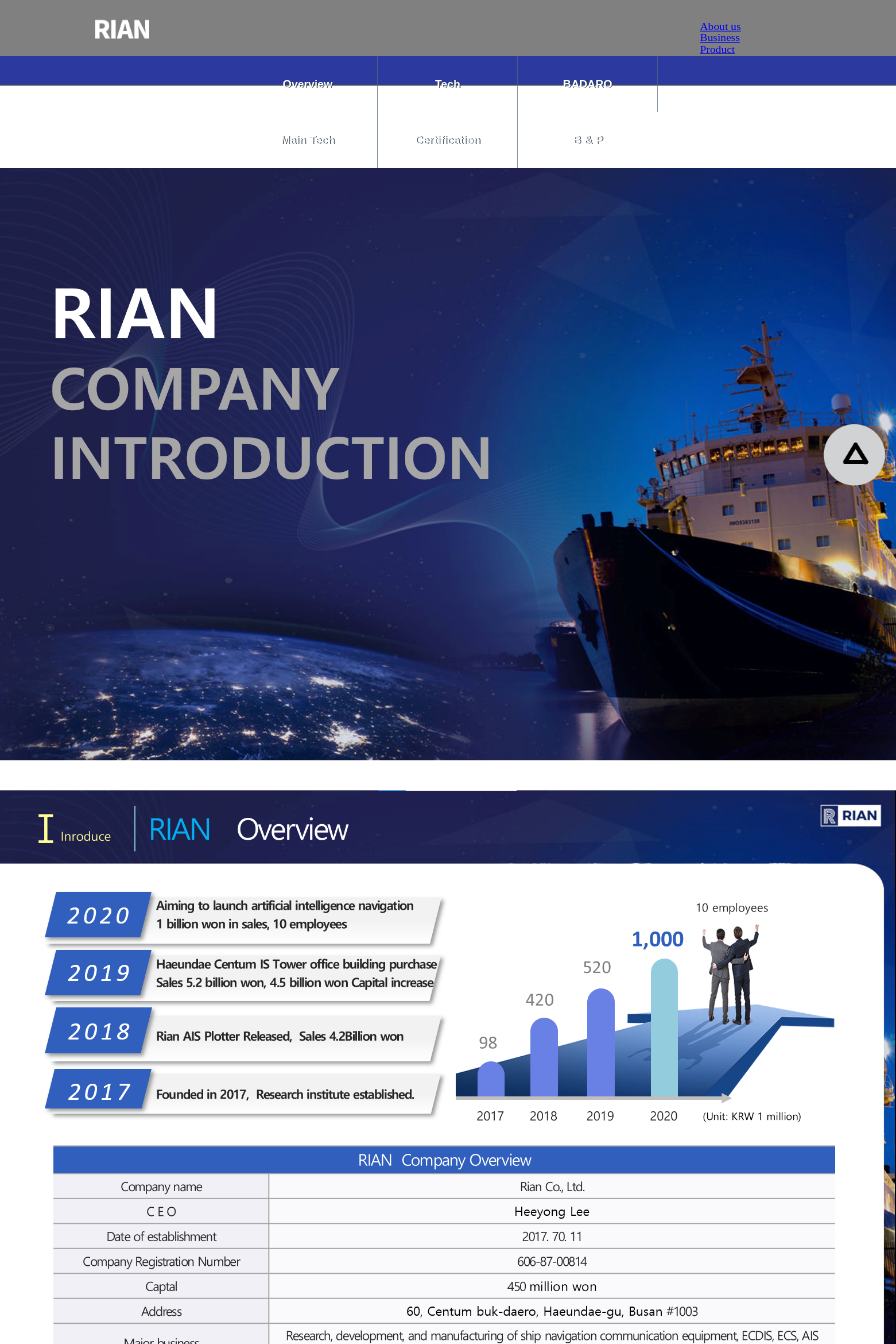
Repository: injeong-in/CompanyWeb
Page: http://localhost/RianWebSite/
The author's editor kept a copy of each file at every save. The page is drawn from the files as they stood at one save, then again after the next save.
The browser window is 1280 px wide. The pictures show the part of the page from y = 0 to 1920 px (the page is 12241 px tall before and 12163 px after), at 70% of full size.
The page is served by Tomcat 9. Nobody is signed in. The application's start-up code is not run.

Above is the page before, as saved 2020-12-01 05:46:36.

After the next save:
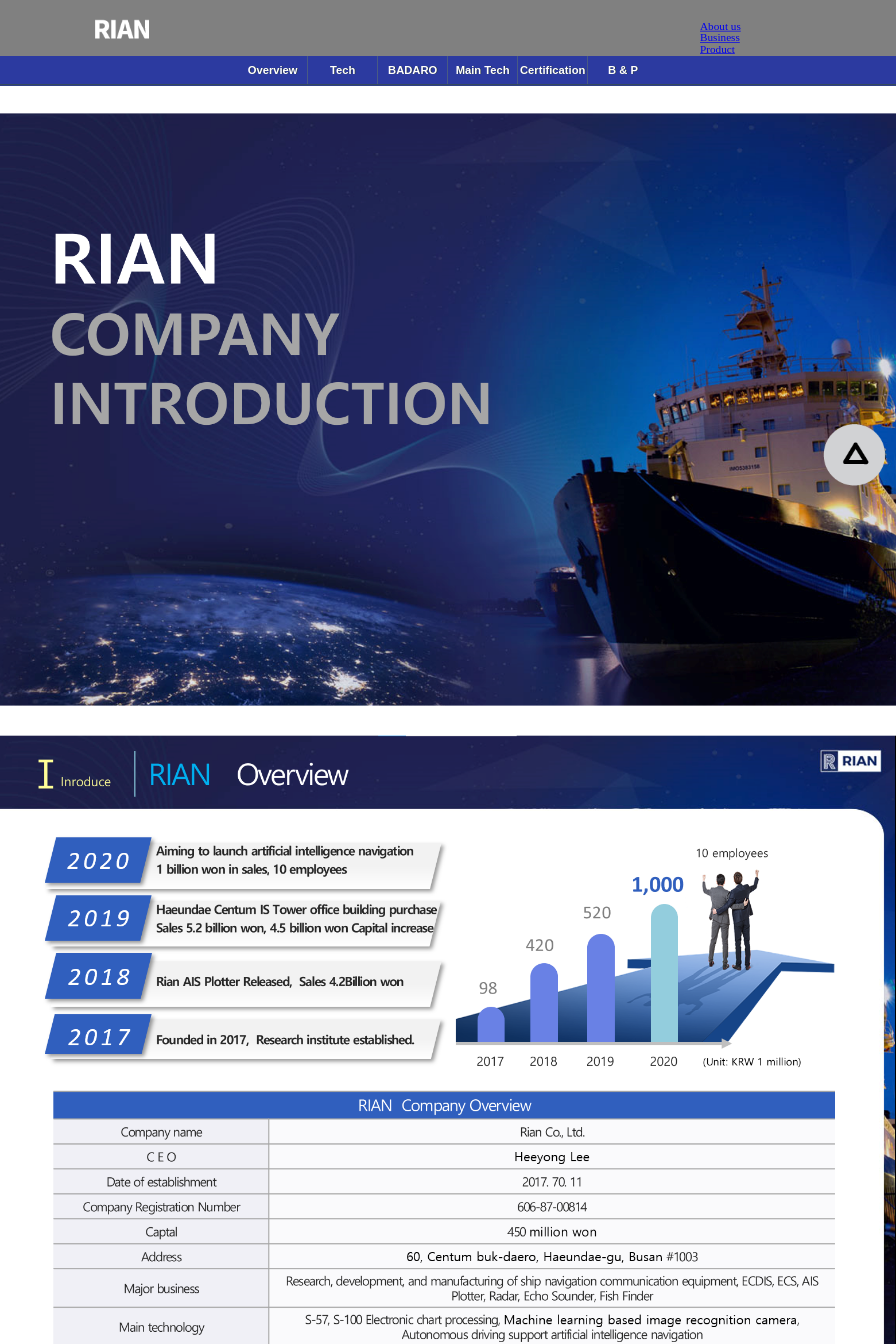
Saved 10 s later.
--- a/RianWebSite/WebContent/css/style.css
+++ b/RianWebSite/WebContent/css/style.css
@@ -91,10 +91,10 @@ nav li {
 nav a {
     color: #fff;
     display: inline-block;
-    width: 200px;
+    width: 100px;
     text-align: center;
     text-decoration: none;
-    line-height: 80px;
+    line-height: 40px;
     text-shadow: 1px 1px 0px #283744;
 
 }
